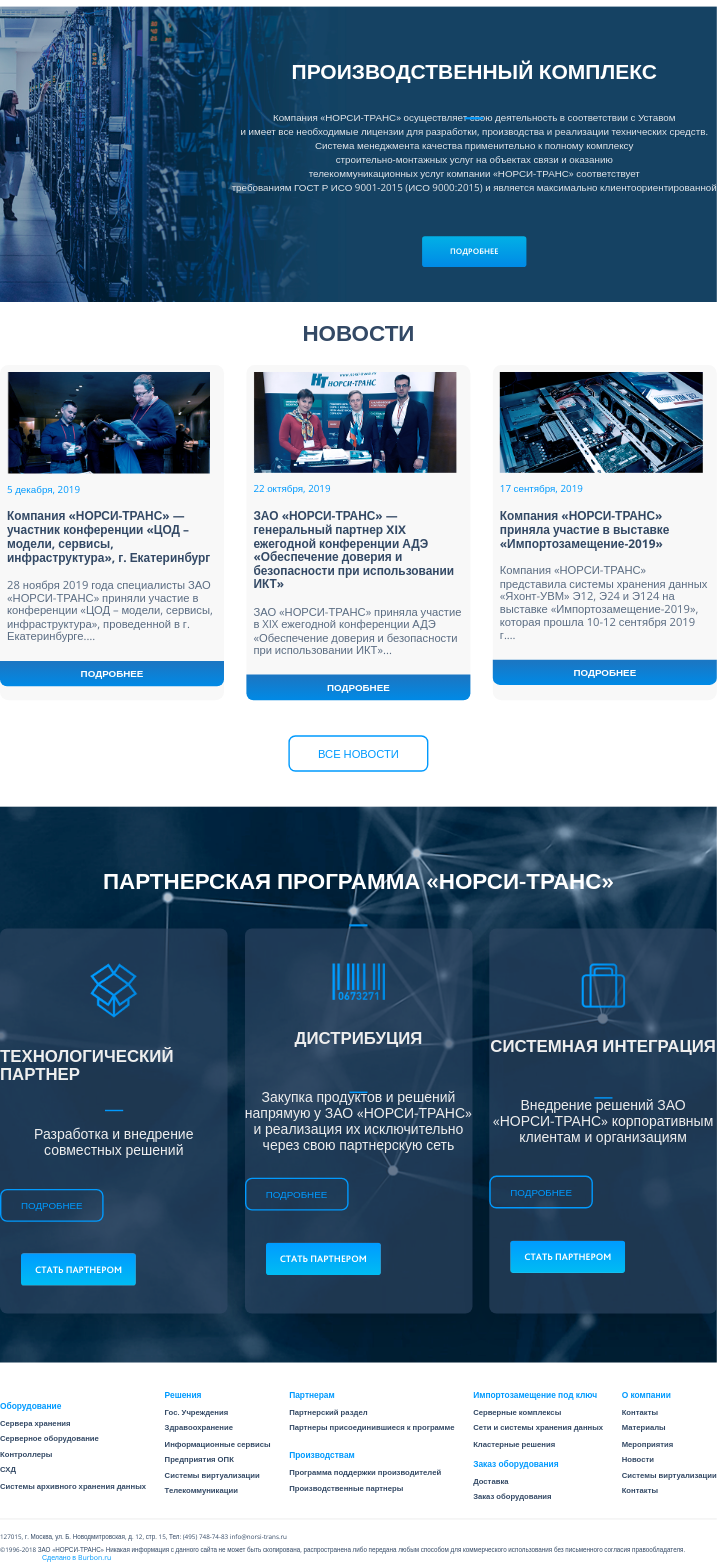
Repository: frostnn/testTaskBurbon
Page: app/index.html
An editor plug-in stored every save of this project. The page is shown before and after the next save, followed by the edit.
The browser window is 1024 px wide. The pictures show the part of the page from y = 1169 to 3409 px (the page is 3409 px tall before and 3405 px after), at 70% of full size.
The style sheet was rebuilt from its Sass, Less or Tailwind sources for each picture, by a compiler version that may differ from the author's.

Above is the page before, as saved 2020-07-16 11:21:31.

After the next save:
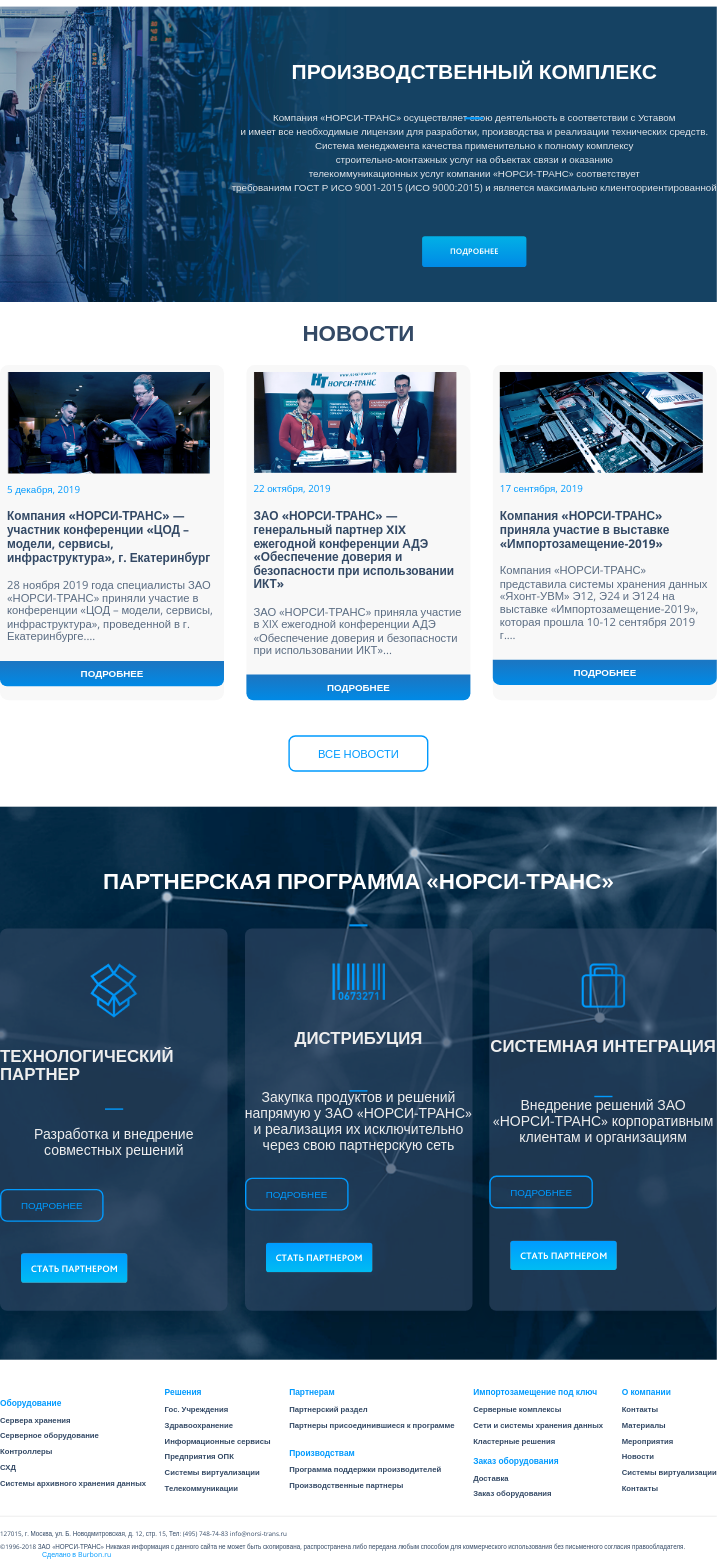
Saved 104 s later.
--- a/app/scss/_media.scss
+++ b/app/scss/_media.scss
@@ -250,4 +250,8 @@
       font-size: 12px;
     }
   }
-}
+  .program-block .program-block__btn-btn {
+    padding: 13px 14px;
+    font-size: 14px;
+}
+}
